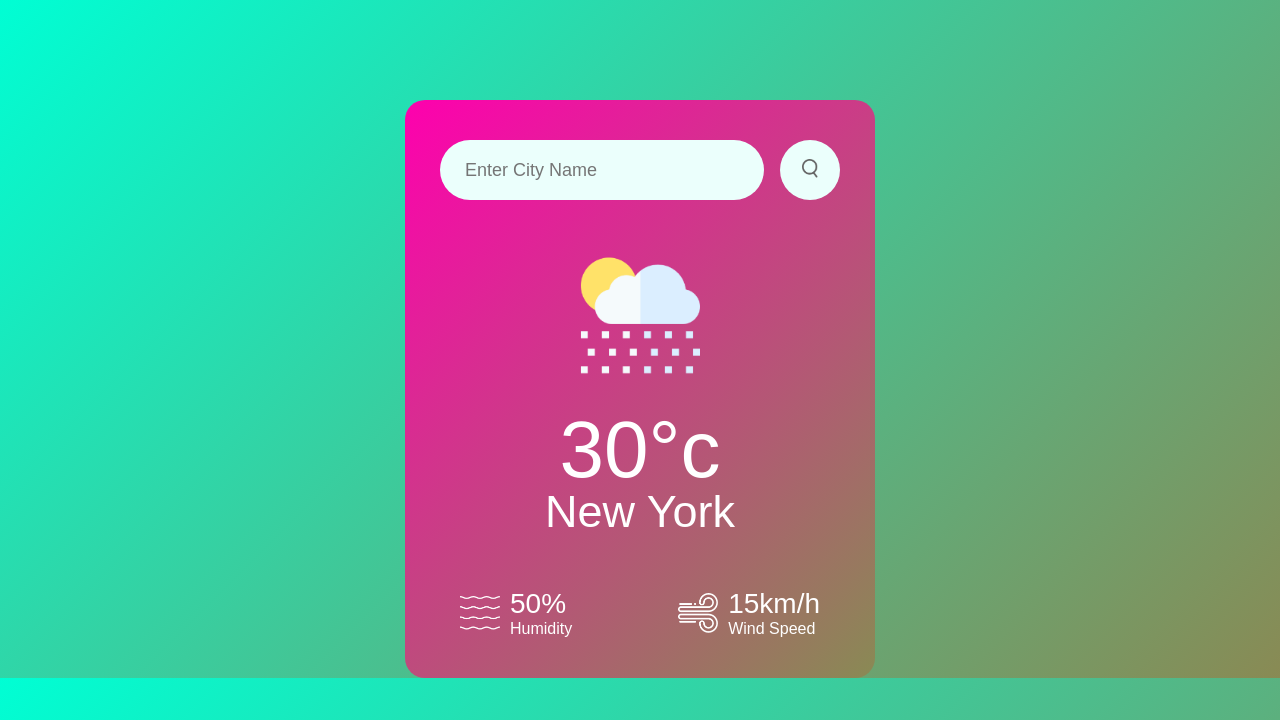
Repository: dubeprince/WeatherApp-Project
Page: WeatherApp/index.html
The author's editor kept a copy of each file at every save. The page is drawn from the files as they stood at one save, then again after the next save.
The browser window is 1280 px wide. The pictures show the whole page.

Above is the page before, as saved 2023-05-26 16:33:56.

### WeatherApp/index.html
<!DOCTYPE html>
<html lang="en">
<head>
    <meta charset="UTF-8">
    <meta http-equiv="X-UA-Compatible" content="IE=edge">
    <meta name="viewport" content="width=device-width, initial-scale=1.0">
    <title>Weather App</title>
    <link rel = "stylesheet" href = "style.css">
</head>
<body>

    <div class="card">
        <div class="search">
            <input type="text" placeholder="Enter City Name" spellcheck="false">
            <button><img src="images/search.png" alt=""></button>
        </div>
        <div class="weather">
            <img src="images/rain.png" class="weather-icon">
            <h1 class="temp">30°c</h1>
            <h2 class="city">New York</h2>
            <div class="details">
                <div class="col">
                    <img src="images/humidity.png" >
                    <div>
                        <p class="humidity">50%</p>
                        <p>Humidity</p>
                    </div>
                </div>
                <div class="col">
                    <img src="images/wind.png" >
                    <div>
                        <p class="wind">15km/h</p>
                        <p>Wind Speed</p>
                    </div>
                </div>
            </div>
        </div>
    </div>

    <script>
        const apiKey = "2c327d90082c0de2eda05aec2410c576";
        const apiUrl = "https://api.openweathermap.org/data/2.5/weather?&units=metric&q=";

        const searchBox = document.querySelector(".search input");
        const searchBtn = document.querySelector(".search button");

        async function checkWeather(city){
            const response = await fetch(apiUrl + city + `&appid=${apiKey}`);
            var data = await response.json();
            console.log(data);
            document.querySelector(".city").innerHTML = data.name;
            document.querySelector(".temp").innerHTML = Math.round(data.main.temp) + "°c";
            document.querySelector(".humidity").innerHTML = data.main.humidity + "%";
            document.querySelector(".wind").innerHTML = data.wind.speed + " Km/h";


        }

        searchBtn.addEventListener("click",()=> {checkWeather(searchBox.value);})

    </script>

</body>
</html>

### WeatherApp/style.css
*{
    margin : 0;
    padding: 0;
    font-family: 'Poppins', sans-serif;
    box-sizing: border-box;

}
body{
    background: linear-gradient(135deg, #00fed4, #898a54);
}
.card{
    width: 90%;
    max-width: 470px;
    background: linear-gradient(135deg, #fe00ae, #898a54);
    color: #fff; /* white */
    margin: 100px auto 0;
    border-radius: 20px;
    padding: 40px 35px;
    text-align: center;

}
.search{
    width: 100%;
    display: flex;
    align-items: center;
    justify-content: space-between;
}
.search input{
    border: 0;
    outline: 0;
    background: #ebfffc;
    color: #555;
    padding: 10px 25px;
    height: 60px;
    border-radius: 30px;
    flex: 1;
    margin-right: 16px;
    font-size: 18px;
}
.search button{
    border: 0;
    outline: 0;
    border-radius: 50%;
    background: #ebfffc;
    width: 60px;
    height: 60px;
    cursor: pointer;

}
.search button img{
    width: 16px;

}
.weather-icon{
    width: 170px;
    margin-top: 30px;
}
.weather h1{
    font-size: 80px;
    font-weight: 500;
}
.weather h2{
    font-weight: 400;
    font-size: 45px;
    margin-top: -10px;
}
.details{
    display: flex;
    align-items: center;
    justify-content: space-between;
    padding: 0 20px;
    margin-top: 50px;
}
.col{
    display: flex;
    align-items: center;
    justify-content: space-between;
    text-align: left;
}
.col img{
    width: 40px;
    margin-right: 10px;
}
.humidity,.wind{
    font-size: 28px;

}

After the next save:
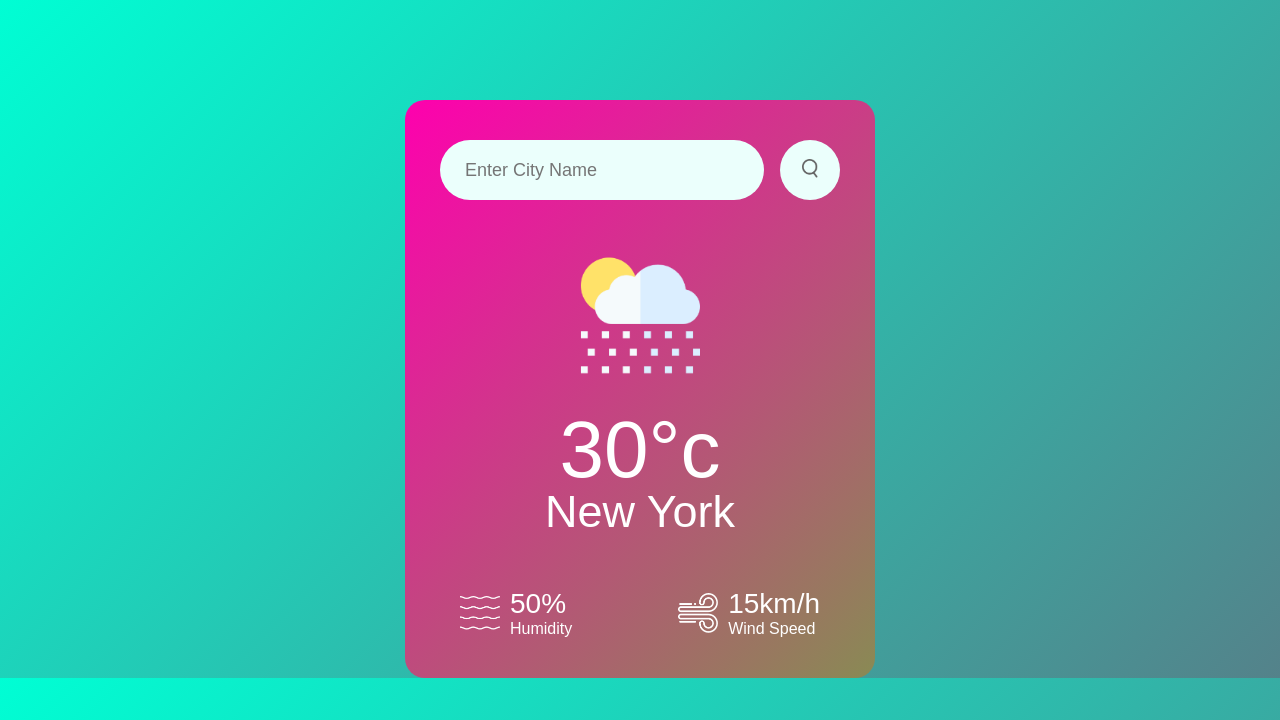
Saved 37 s later.
--- a/WeatherApp/style.css
+++ b/WeatherApp/style.css
@@ -6,7 +6,7 @@
 
 }
 body{
-    background: linear-gradient(135deg, #00fed4, #898a54);
+    background: linear-gradient(135deg, #00fed4, #54828a);
 }
 .card{
     width: 90%;
